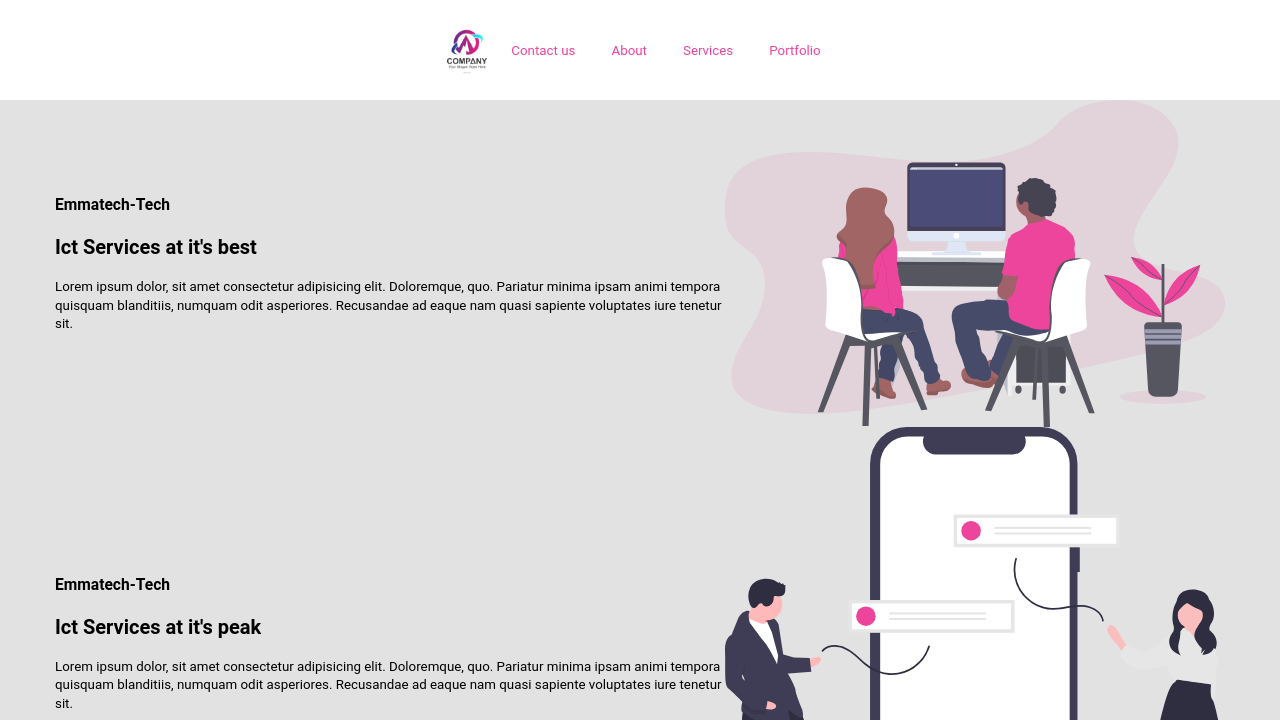
Repository: wisdomspine/emmatech-website
Page: index.html
An editor plug-in stored every save of this project. The page is shown before and after the next save, followed by the edit.
The browser window is 1280 px wide. The pictures show the whole page.

Above is the page before, as saved 2020-10-05 11:33:57.

### index.html
<!DOCTYPE html>
<html lang="en">

<head>
    <meta charset="UTF-8">
    <meta name="viewport" content="width=device-width, initial-scale=1.0 max-scale=1.0">
    <title>Emmatech ICT</title>
    <link rel="stylesheet" href="./assets/styles/styles.css">
    <link rel="stylesheet" href="./assets/styles/home-slide.css">
</head>

<body>
    <header class="header">
        <div class="container">
            <img src="./assets/images/logo.png" alt="">
            <nav>
                <ul>
                    <li>
                        <a href="#">Contact us</a>
                    </li>
                    <li>
                        <a href="#">About</a>
                    </li>
                    <li>
                        <a href="#">Services</a>
                    </li>
                    <li>
                        <a href="#">Portfolio</a>
                    </li>
                </ul>
            </nav>
        </div>
    </header>

    <section class="home-slide">
        <div>
            <div class="container">
                <article>
                    <header>
                        <h1>Emmatech-Tech</h1>
                        <h2>Ict Services at it's best</h2>
                    </header>
                    <p>
                        Lorem ipsum dolor, sit amet consectetur adipisicing elit. Doloremque, quo. Pariatur minima ipsam
                        animi tempora quisquam blanditiis, numquam odit asperiores. Recusandae ad eaque nam quasi
                        sapiente voluptates iure tenetur sit.

                    </p>
                </article>
                <img src="./assets/images/slide/slide1.svg" alt="">
            </div>
        </div>
        <div>
            <div class="container">
                <article>
                    <header>
                        <h1>Emmatech-Tech</h1>
                        <h2>Ict Services at it's peak</h2>
                    </header>
                    <p>
                        Lorem ipsum dolor, sit amet consectetur adipisicing elit. Doloremque, quo. Pariatur minima ipsam
                        animi tempora quisquam blanditiis, numquam odit asperiores. Recusandae ad eaque nam quasi
                        sapiente voluptates iure tenetur sit.

                    </p>
                </article>
                <div>
                    <img src="./assets/images/slide/slide2.svg" alt="">
                </div>
            </div>
        </div>
        <div>
            <div class="container">
                <article>
                    <header>
                        <h1>Emmatech-Tech</h1>
                        <h2>Ict Services at it's great</h2>
                    </header>
                    <p>
                        Lorem ipsum dolor, sit amet consectetur adipisicing elit. Doloremque, quo. Pariatur minima ipsam
                        animi tempora quisquam blanditiis, numquam odit asperiores. Recusandae ad eaque nam quasi
                        sapiente voluptates iure tenetur sit.

                    </p>
                </article>
                <div>
                    <img src="./assets/images/slide/slide3.svg" alt="">
                </div>
            </div>
        </div>
    </section>
</body>

</html>

### assets/styles/styles.css
@import "./preset.css";
@import "./page-header.css";

.container {
  max-width: 1170px;
  margin-left: auto;
  margin-right: auto;
}

### assets/styles/home-slide.css
@import "./variables.css";

.home-slide {
  height: calc(100vh - var(--header-height));
  overflow: hidden;
}

.home-slide .container {
  display: flex;
  flex-flow: row nowrap;
  align-items: center;
}

.home-slide .container img {
  max-width: 500px;
}

### assets/styles/preset.css
/* @font-face {
  font-family: "Roboto";
  src: "../fonts/Roboto /Roboto-Regular.ttf";
} */
@import "./variables.css";
* {
  box-sizing: border-box;
  text-rendering: optimizeLegibility;
  -webkit-font-smoothing: antialiased;
  -moz-osx-font-smoothing: grayscale;
  font-kerning: auto;
}
html {
  font-size: 10pt;
  line-height: 1.4;
  font-weight: 400;
  font-family: "Roboto";
  -webkit-text-size-adjust: 100%;
}
body {
  margin: 0;
  background-color: var(--bg-color);
}

a,
a:hover,
a:active,
a:focus {
  text-decoration: none;
}

### assets/styles/page-header.css
@import "./variables.css";
.header {
  display: flex;
  flex-flow: row nowrap;
  justify-content: space-between;
  padding: var(--padding-large);
  height: var(--header-height);
  overflow: hidden;
  background-color: var(--card-color);
}

.header .container {
  display: flex;
  flex-flow: row nowrap;
  justify-content: space-between;
}

.header img {
  display: inline-block;
  height: 100%;
}

.header nav ul {
  list-style: none;
  display: flex;
  flex-flow: row nowrap;
  padding: 0;
  margin: 0;
}

.header nav ul li {
  padding: var(--padding-mid);
}

.header nav ul a {
  color: var(--accent-link-color);
}
.header nav ul a:hover {
  opacity: 0.9;
}

### assets/styles/variables.css
:root {
  --bg-color: #e1e2e1;
  --padding-large: 24px;
  --padding-mid: 18px;
  --header-height: 100px;
  --card-color: #ffffff;
  --accent-link-color: #ed459c;
}

Loaded but not shown: assets/images/slide/slide1.svg (1 lines, source omitted)

After the next save:
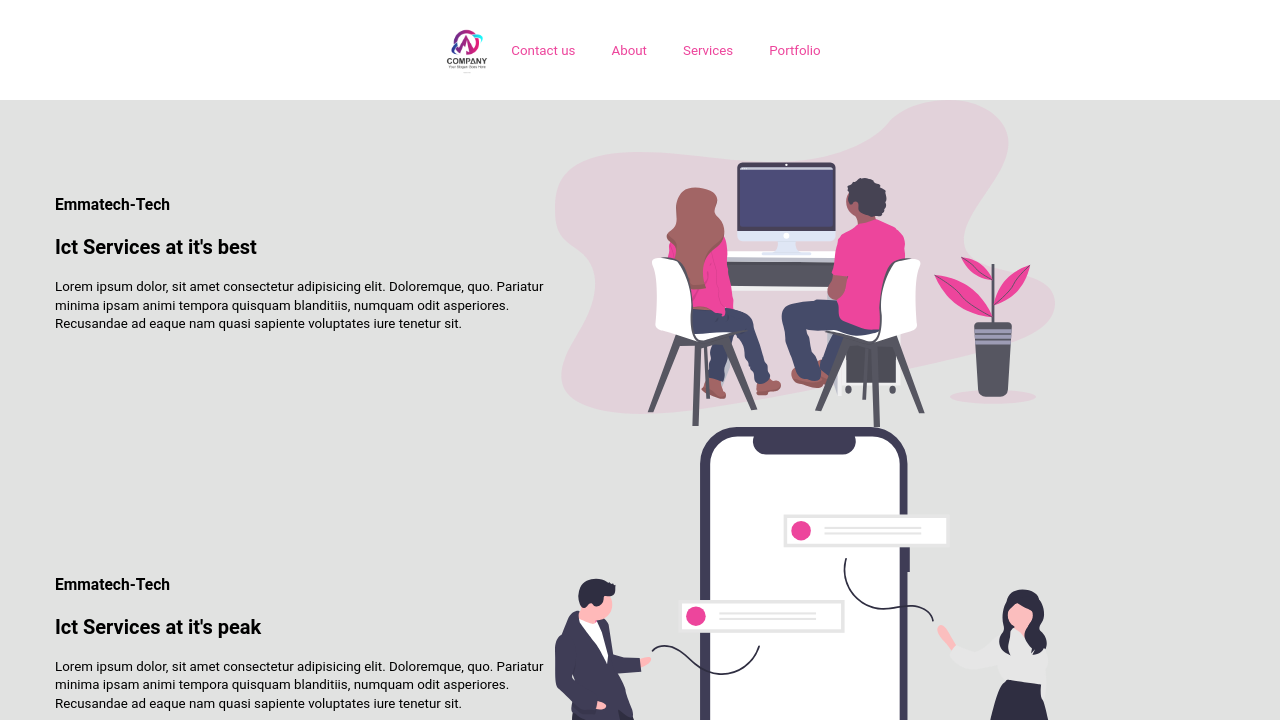
Saved 104 s later.
--- a/assets/styles/home-slide.css
+++ b/assets/styles/home-slide.css
@@ -14,3 +14,7 @@
 .home-slide .container img {
   max-width: 500px;
 }
+
+.home-slide .container article {
+  max-width: 500px;
+}
